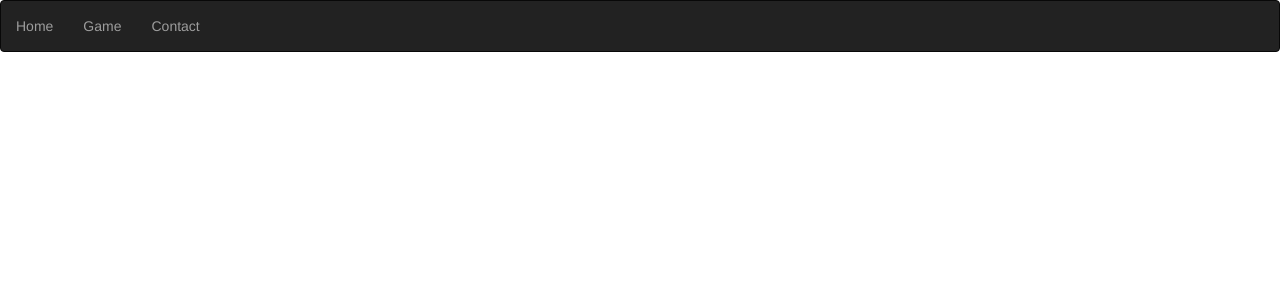
Repository: hyunhee7/web_work
Page: http://localhost/Step10_Include/test7/home.jsp
The author's editor kept a copy of each file at every save. The page is drawn from the files as they stood at one save, then again after the next save.
The browser window is 1280 px wide. The pictures show the whole page.
The page is served by Tomcat 9.

Above is the page before, as saved 2017-06-29 07:12:34.

### Step10_Include/WebContent/test7/home.jsp
<%@ page language="java" contentType="text/html; charset=UTF-8"
    pageEncoding="UTF-8"%>
<%@include file="myResource.jsp" %>
<!DOCTYPE html PUBLIC "-//W3C//DTD HTML 4.01 Transitional//EN" "http://www.w3.org/TR/html4/loose.dtd">
<html>
<head>
<meta http-equiv="Content-Type" content="text/html; charset=UTF-8">
<title>home.jsp</title>
</head>
<body>
<%@ include file="navbar.jsp" %>
<div class="home"></div>
<%@ include file="game.jsp" %>
<%@ include file="contact.jsp" %>
</body>
</html>

### Step10_Include/WebContent/test7/myResource.jsp
<%@ page language="java" contentType="text/html; charset=UTF-8"
    pageEncoding="UTF-8"%>
<%
	String cPath=request.getContextPath();
%>
<link rel="stylesheet" href="<%=cPath %>/resource/css/bootstrap.css" />
<script src="<%=cPath%>/resource/js/jquery-3.2.0.js"></script>
<script src="<%=cPath%>/resource/js/bootstrap.js"></script>

### Step10_Include/WebContent/test7/navbar.jsp
<%@ page language="java" contentType="text/html; charset=UTF-8"
    pageEncoding="UTF-8"%>

<div class="navbar navbar-inverse">
	<div class="navbar-header">
		<ul class="nav navbar-nav">
			<li><a href="home.jsp">Home</a></li>
			<li><a href="game.jsp">Game</a></li>
			<li><a href="contact.jsp">Contact</a></li>
		</ul>
	</div>
</div>

### Step10_Include/WebContent/test7/game.jsp
<%@ page language="java" contentType="text/html; charset=UTF-8"
    pageEncoding="UTF-8"%>
<!DOCTYPE html PUBLIC "-//W3C//DTD HTML 4.01 Transitional//EN" "http://www.w3.org/TR/html4/loose.dtd">
<html>
<head>
<meta http-equiv="Content-Type" content="text/html; charset=UTF-8">
<title>game.jsp</title>
</head>
<body>

</body>
</html>

### Step10_Include/WebContent/test7/contact.jsp
<%@ page language="java" contentType="text/html; charset=UTF-8"
    pageEncoding="UTF-8"%>
<!DOCTYPE html PUBLIC "-//W3C//DTD HTML 4.01 Transitional//EN" "http://www.w3.org/TR/html4/loose.dtd">
<html>
<head>
<meta http-equiv="Content-Type" content="text/html; charset=UTF-8">
<title>contact.jsp</title>
</head>
<body>

</body>
</html>

Loaded but not shown: Step10_Include/WebContent/resource/css/bootstrap.css (library); Step10_Include/WebContent/resource/js/jquery-3.2.0.js (library); Step10_Include/WebContent/resource/js/bootstrap.js (library)

After the next save:
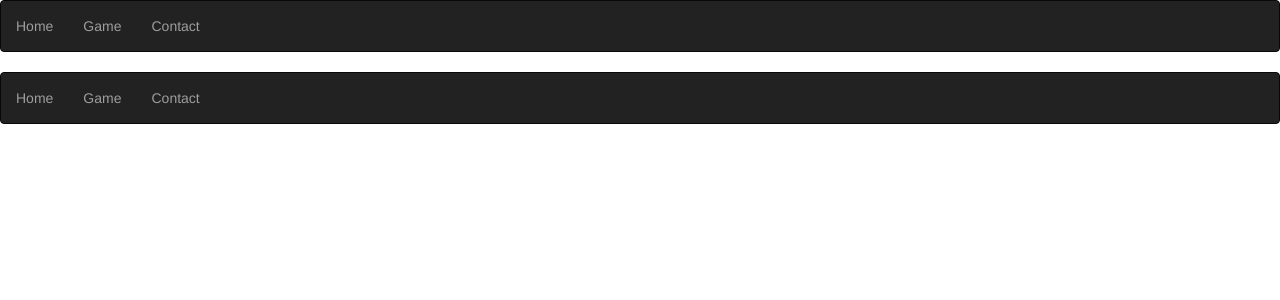
Saved 4 min 53 s later.
--- a/Step10_Include/WebContent/test7/contact.jsp
+++ b/Step10_Include/WebContent/test7/contact.jsp
@@ -7,6 +7,6 @@
 <title>contact.jsp</title>
 </head>
 <body>
-
+<%@ include file="navbar.jsp" %>
 </body>
 </html>
